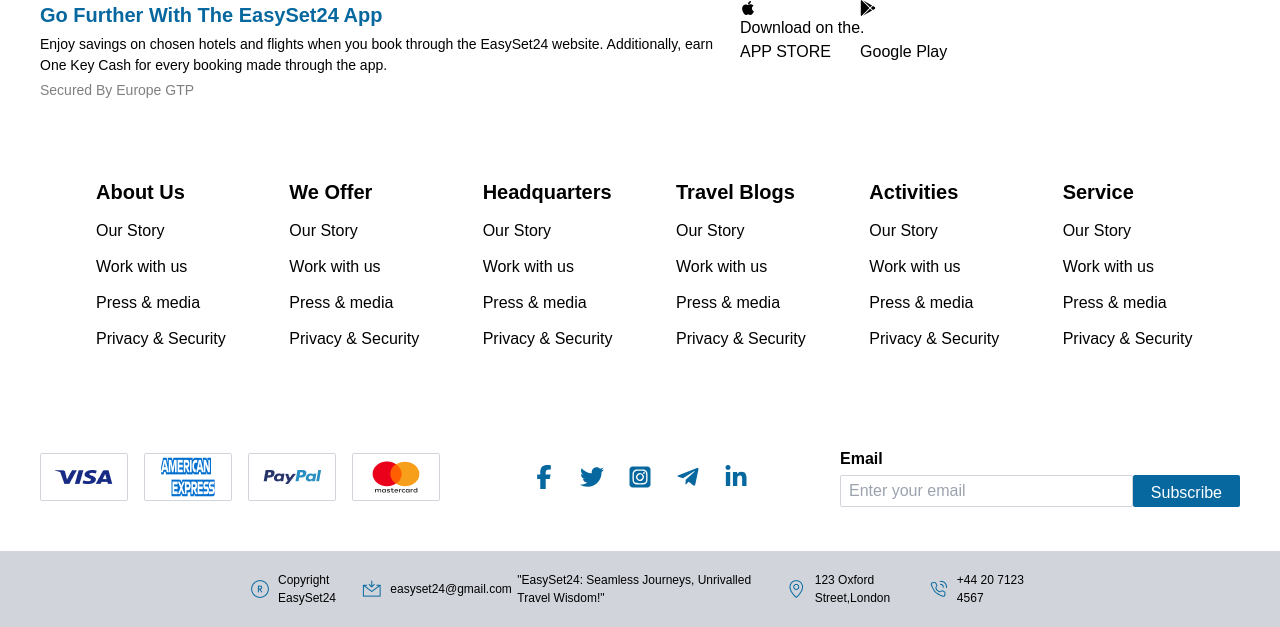
Repository: Quynhhuong150322/DIKO_STUDY_TRAVEL_WEB
Page: /
An editor plug-in stored every save of this project. The page is shown before and after the next save, followed by the edit.
The browser window is 1280 px wide. The pictures show the part of the page from y = 4838 to 5465 px (the page is 5465 px tall).
The project was rebuilt for these pictures with package versions that can differ from the ones it lists, and the page was loaded fresh each time. Also part of the build but not shown: src/components/Login.js, src/components/Register.js. Imported but missing from the stored project, and not drawn on this page: src/redux/slices/authSlice.

Above is the page before, as saved 2024-02-26 10:52:09.

### src/index.css
@tailwind base;
@tailwind components;
@tailwind utilities;

@import url("https://fonts.googleapis.com/css2?family=Poppins:wght@100;300;400;500;600&display=swap");

@layer base {
  html {
    font-family: "Poppins", sans-serif;
  }
  * {
    margin: 0;
    padding: 0;
    box-sizing: border-box;
    scroll-behavior: smooth;
    /* background-color: #F9F9F9; */
  }
}

@layer components {
  .max-container {
    max-width: 1260px;
    /* min-height: 100vh; */
    margin: 0 auto;
    padding: 0 30px;
    /* display: flex; */
    /* flex-direction: column; */
    justify-content: space-between;
  }
  .button {
    width: 189px;
    /* height: 40px; */
    border-style: solid;
    border-width: 2px;
    border-color: #07689F;
    color: #07689F;
  }
  .tabMenu {
    width: 121px;
    height: 40px;
    color: #D9D9D9;
    border-style: solid;
    border-width: 2px;
    border-color: #D9D9D9;
    color: #D9D9D9;
    border-radius: 9999px;
  }
  .tabSearch {
    /* max-width: 1190px; */
    height: 56px;
    border-style: solid;
    border-width: 1px;
    border-color: #D9D9D9;
    padding: 0 16px;
    font-size: 12px;
  }

}

### src/App.js
import React from "react";
import Navbar from "./components/Navbar";
import Footer from "./components/Footer";
import AppRoutes from "./routes/AppRoutes";
import { BrowserRouter as Router } from "react-router-dom";
import CopyRight from "./components/CopyRight";

const App = () => {
  return (
    <Router>
      <div className="">
        <div className="max-container">
          <Navbar />
        </div>
        <div>
          <AppRoutes />
        </div>
        <div className="max-container">
          <Footer />
        </div>
        <div >
          <CopyRight />
        </div>
      </div>
    </Router>
  );
};

export default App;

### src/redux/store.js
import { configureStore } from "@reduxjs/toolkit";
import authReducer from "./slices/authSlice";

export const store = configureStore({
  reducer: {
    users: authReducer,
  },
});

### src/components/Navbar.js
import React from 'react'
import Logo from '../assets/images/Header/Logo.png'
import EL from '../assets/images/Header/England.png'
import { FaRegQuestionCircle } from "react-icons/fa";
import { LuSearch } from "react-icons/lu";

const MenuData = [
    {
        id: 1,
        name: 'Trip',
    },
    {
        id: 2,
        name: '%Deals',
    },
    {
        id: 3,
        name: 'Hotel',
    },
    {
        id: 4,
        name: 'Flight',
    },
    {
        id: 5,
        name: 'Apartment',
    },
    {
        id: 6,
        name: 'Camper',
    },
]

const Navbar = () => {
    return (
        <div className='bg-neutral py-[24px]'>
            <div className="flex flex-col gap-10">
                {/* Header Section  */}
                <div className='flex gap-2 items-center'>
                    <img src={Logo} alt="" />
                    <div className='flex gap-7 items-center'>
                        <div className="flex gap-1 items-center">
                            <FaRegQuestionCircle className='text-primary' />
                            <img src={EL} alt="" className='w-7 h-7' />
                            {/* Search  */}
                            <div className="relative flex items-center">
                                <input
                                    type="text"
                                    placeholder="search"
                                    className="w-[605px] h-[32px] rounded-sm border border-gray-300 px-2 py-1 focus:outline-none focus:border-1 focus:border-primary"
                                />
                                <LuSearch className="text-gray-500 group-hover:text-primary absolute top-1/2 -translate-y-1/2 right-3 cursor-pointer" />
                            </div>
                        </div>
                        <div className='flex gap-2 items-center'>
                            <button className='button border-primary bg-neutral hover:scale-105 py-2 px-4 rounded-sm'>
                                Sing In
                            </button>
                            <button className='button border-primary bg-neutral hover:scale-105 py-2 px-4 rounded-sm'>
                                Register
                            </button>
                        </div>
                    </div>
                    <div>
                    </div>
                </div>
                {/* Upper Nav  */}
                <div className=''>
                    <div className=' '>
                        <ul className='flex justify-center gap-4'>
                            {
                                MenuData.map((data) => (
                                    <button key={data.id} className='text-pri tabMenu focus:bg-primary focus:text-white focus:font-bold focus:border-primary inline-block hover:text-primary' >
                                        {data.name}
                                    </button>
                                ))
                            }
                        </ul>
                    </div>
                </div>
            </div>
        </div>
    )
}

export default Navbar

### src/components/Footer.js
import React from 'react'
import img1 from '../assets/images/Footer/visa-logo.png'
import img2 from '../assets/images/Footer/Amex.png'
import img3 from '../assets/images/Footer/International.png'
import img4 from '../assets/images/Footer/Masterrcard.png'
import { FaFacebookF } from "react-icons/fa6";
import { FaTwitter } from "react-icons/fa";
import { FaSquareInstagram } from "react-icons/fa6";
import { FaTelegramPlane } from "react-icons/fa";
import { FaLinkedinIn } from "react-icons/fa6";
import { FaApple } from "react-icons/fa6";
import { FaGooglePlay } from "react-icons/fa6";
// import { CiMail } from "react-icons/ci";


const AboutUsList = [
  {
    id: 1,
    title: "Our Story",
    link: "/#",
  },
  {
    id: 2,
    title: "Work with us",
    link: "/#",
  },
  {
    id: 3,
    title: "Press & media",
    link: "/#",
  },
  {
    id: 4,
    title: "Privacy & Security",
    link: "/#",
  },
]
const ImgList = [
  {
    id: 1,
    img: img1,
  },
  {
    id: 2,
    img: img2,
  },
  {
    id: 3,
    img: img3,
  },
  {
    id: 4,
    img: img4,
  }
]
const IconsList = [
  {
    id: 1,
    icon: FaFacebookF,
  },
  {
    id: 2,
    icon: FaTwitter,
  },
  {
    id: 3,
    icon: FaSquareInstagram,
  },
  {
    id: 4,
    icon: FaTelegramPlane,
  },
  {
    id: 5,
    icon: FaLinkedinIn,
  },
]
const AppList = [
  {
    id: 1,
    icon: FaApple,
    title1: 'Download on the',
    title2: 'APP STORE',
  },
  {
    id: 1,
    icon: FaGooglePlay,
    title1: '.',
    title2: 'Google Play',
  },
]


const Footer = () => {
  return (
    <div className=''>
      {/* Go Further With The EasySet24 App */}
      <div className='flex'>
        <div className='basis-7/12 flex flex-col gap-1'>
          <h2 className='font-bold text-primary text-xl'>
            Go Further With The EasySet24 App
          </h2>
          <p className='text-ba '>
            Enjoy savings on chosen hotels and flights when you book through the EasySet24 website. Additionally, earn One Key Cash for every booking made through the app.
          </p>
          <p className='text-ba text-black/50'>
            Secured By Europe GTP
          </p>
        </div>
        {/* APP  */}
        <div className=''>
          <div className='flex flex-row'>
            {AppList.map((data) => (
              <div >
                <data.icon />
                <div >
                  <p>{data.title1} </p>
                  <p >{data.title2}</p>
                </div>
              </div>
            ))}
          </div>
        </div>
      </div>
      <div className='py-11 flex flex-col  gap-16'>
        {/* footer menu  */}
        <div className='grid grid-cols-6 sm:grid-col col-span-2 md:pl-10'>
          <div className="py-8 px-4">
            <h1 className="sm:text-xl text-xl font-bold sm:text-left text-justify mb-3">
              About Us
            </h1>
            <ul className="flex flex-col gap-3">
              {AboutUsList.map((link) => (
                <li
                  className="cursor-pointer hover:text-primary hover:translate-x-1 duration-300 "
                  key={link.id}
                >
                  <span>{link.title}</span>
                </li>
              ))}
            </ul>
          </div>
          <div className="py-8 px-4">
            <h1 className="sm:text-xl text-xl font-bold sm:text-left text-justify mb-3">
              We Offer
            </h1>
            <ul className="flex flex-col gap-3">
              {AboutUsList.map((link) => (
                <li
                  className="cursor-pointer hover:text-primary hover:translate-x-1 duration-300 "
                  key={link.id}
                >
                  <span>{link.title}</span>
                </li>
              ))}
            </ul>
          </div>
          <div className="py-8 px-4">
            <h1 className="sm:text-xl text-xl font-bold sm:text-left text-justify mb-3">
              Headquarters
            </h1>
            <ul className="flex flex-col gap-3">
              {AboutUsList.map((link) => (
                <li
                  className="cursor-pointer hover:text-primary hover:translate-x-1 duration-300 "
                  key={link.id}
                >
                  <span>{link.title}</span>
                </li>
              ))}
            </ul>
          </div>
          <div className="py-8 px-4">
            <h1 className="sm:text-xl text-xl font-bold sm:text-left text-justify mb-3">
              Travel Blogs
            </h1>
            <ul className="flex flex-col gap-3">
              {AboutUsList.map((link) => (
                <li
                  className="cursor-pointer hover:text-primary hover:translate-x-1 duration-300 "
                  key={link.id}
                >
                  <span>{link.title}</span>
                </li>
              ))}
            </ul>
          </div>
          <div className="py-8 px-4">
            <h1 className="sm:text-xl text-xl font-bold sm:text-left text-justify mb-3">
              Activities
            </h1>
            <ul className="flex flex-col gap-3">
              {AboutUsList.map((link) => (
                <li
                  className="cursor-pointer hover:text-primary hover:translate-x-1 duration-300 "
                  key={link.id}
                >
                  <span>{link.title}</span>
                </li>
              ))}
            </ul>
          </div>
          <div className="py-8 px-4">
            <h1 className="sm:text-xl text-xl font-bold sm:text-left text-justify mb-3">
              Service
            </h1>
            <ul className="flex flex-col gap-3">
              {AboutUsList.map((link) => (
                <li
                  className="cursor-pointer hover:text-primary hover:translate-x-1 duration-300 "
                  key={link.id}
                >
                  <span>{link.title}</span>
                </li>
              ))}
            </ul>
          </div>
        </div>
        {/* footer logo  */}
        <div>
          <div className='grid grid-cols-3'>
            <div className='flex gap-4 items-center '>
              {
                ImgList.map((data) => (
                  <div className='border rounded-sm border-gray-300 w-[89.25px] h-[48px] flex justify-center items-center'>
                    <img src={data.img} alt=""></img>
                  </div>
                ))
              }
            </div>
            <div className='text-primary flex gap-6 text-xxl items-center justify-center' >
              {IconsList.map((data) => (
                <div key={data.id}>
                  <data.icon />
                </div>
              ))}
            </div>
            <div className='flex flex-col gap-1'>
              <h3 className='font-bold '>Email</h3>
              <div className='flex '>
                <input
                  type="text"
                  placeholder="Enter your email"
                  className="basis-10/12 h-[32px] rounded-sm border border-gray-300 px-2 py-1 focus:outline-none focus:border-1 focus:border-primary"
                />
                <button className='basis-1/4 h-[32px] button border-primary py-1 px-4 rounded-sm bg-primary text-white'>
                  Subscribe
                </button>
              </div>
            </div>
          </div>
        </div>
      </div>
    </div>
  )
}

export default Footer

### src/routes/AppRoutes.js
import React from "react";
import { Switch, Route } from "react-router-dom";
import Login from "../components/Login";
import Register from "../components/Register";
import Langding from "../pages/LangdingPage/Langding";
const AppRoutes = () => {
  return (
    <div>
      <Switch>
        <Route path="/login">
          <Login />
        </Route>
        <Route path="/register">
          <Register />
        </Route>
        <Route path="/" exact>
          <Langding />
        </Route>
        <Route path="*">
          <div className="">404 not Error...</div>
        </Route>
      </Switch>
    </div>
  );
};

export default AppRoutes;

### src/components/CopyRight.js
import React from 'react'
import iconEmail from '../assets/images/Footer/icons/copyright.png'
import iconEmail2 from '../assets/images/Footer/icons/email-down.png'
import iconEmail3 from '../assets/images/Footer/icons/local-two.png'
import iconEmail4 from '../assets/images/Footer//icons/phone-call.png'

const CopyrightList = [
    {
        id: 1,
        icons: iconEmail,
        title: 'Copyright EasySet24',
    },
    {
        id: 2,
        icons: iconEmail2,
        title: 'easyset24@gmail.com',
    },
    {
        id: 3,
        icons: '',
        title: '"EasySet24: Seamless Journeys, Unrivalled Travel Wisdom!"',
    },
    {
        id: 4,
        icons: iconEmail3,
        title: '123 Oxford Street,London',
    },
    {
        id: 5,
        icons: iconEmail4,
        title: '+44 20 7123 4567',
    },
]

const CopyRight = () => {
    return (
        <div>
            <div className='bg-gray-300 py-5 px-[250px]'>
                <div className='text-black flex gap-2 text-sm items-center justify-between' >
                    {CopyrightList.map((data) => (
                        <div className='flex flex-row gap-2 items-center justify-center' key={data.id}>
                            <img src={data.icons} alt="" />
                            <p >{data.title}</p>
                        </div>
                    ))}
                </div>
            </div>
        </div>
    )
}

export default CopyRight

### src/pages/LangdingPage/Langding.js
import React from 'react'
import Picture from '../../assets/images/LangdingPage/Picture.png'
import { LuHotel } from "react-icons/lu";
import { IoCalendarOutline } from "react-icons/io5";
import { SlArrowDown } from "react-icons/sl";
import { FiUserPlus } from "react-icons/fi";
import Img1 from "../../assets/images/LangdingPage/SpecialOffers/Photo 1.png";
import Img2 from "../../assets/images/LangdingPage/SpecialOffers/Photo 2.png"
import Img3 from "../../assets/images/LangdingPage/SpecialOffers/Photo 3.png"
import Img4 from "../../assets/images/LangdingPage/SpecialOffers/Photo 4.png"
import Img5 from "../../assets/images/LangdingPage/SpecialOffers/Photo 5.png"
import Img6 from "../../assets/images/LangdingPage/SpecialOffers/Photo 6.png"
import Img7 from "../../assets/images/LangdingPage/ExploreStays/Image1.jpg"
import Img8 from "../../assets/images/LangdingPage/ExploreStays/Image2.jpg"
import Img9 from "../../assets/images/LangdingPage/ExploreStays/Image3.jpg"
import Footer from "../../assets/images/LangdingPage/Footer.jpeg"
// import Img11 from "../../assets/images/LangdingPage/SpecialOffers/Photo 6.png"



const BannerImg = {
  backgroundImage: `url(${Picture})`,
  backgroundPosition: "center",
  backgroundRepeat: "no-repeat",
  backgroundSize: "cover",
  height: "394px",
  width: "100%",
};
const FooterImg = {
  backgroundImage: `url(${Footer})`,
  backgroundPosition: "center",
  backgroundRepeat: "no-repeat",
  backgroundSize: "cover",
  height: "394px",
  width: "100%",
}
const ListMenu = [
  {
    id: 1,
    name: "All",
  },
  {
    id: 2,
    name: "Hotels",
  },
  {
    id: 3,
    name: "Flights",
  },
  {
    id: 4,
    name: "Multi",
  }
]

const ListImage = [
  {
    id: 1,
    img: Img1,
  },
  {
    id: 2,
    img: Img2,
  },
  {
    id: 3,
    img: Img3,
  },
  {
    id: 4,
    img: Img4,
  },
  {
    id: 5,
    img: Img5,
  },
  {
    id: 6,
    img: Img6,
  },
]
const ListCard = [
  {
    id: 1,
    img: Img1,
    location: "Berlin",
    side: "SIDE",
    time: "Wed 25 Jan-Fri 27 Jan",
    title: "A tour of the city and its surroundings led by a professional guide ..."
  },
  {
    id: 2,
    img: Img2,
    location: "Paris",
    side: "SIDE",
    time: "Wed 25 Jan-Fri 27 Jan",
    title: "A tour of the city and its surroundings led by a professional guide ..."

  },
  {
    id: 3,
    img: Img3,
    location: "Madrid",
    side: "SIDE",
    time: "Wed 25 Jan-Fri 27 Jan",
    title: "A tour of the city and its surroundings led by a professional guide ..."

  },
  {
    id: 4,
    img: Img4,
    location: "Barcelona",
    side: "SIDE",
    time: "Wed 25 Jan-Fri 27 Jan",
    title: "A tour of the city and its surroundings led by a professional guide ..."

  },
  {
    id: 5,
    img: Img5,
    location: "Rom",
    side: "SIDE",
    time: "Wed 25 Jan-Fri 27 Jan",
    title: "A tour of the city and its surroundings led by a professional guide ..."

  },
  {
    id: 6,
    img: Img6,
    location: "Milan",
    side: "SIDE",
    time: "Wed 25 Jan-Fri 27 Jan",
    title: "A tour of the city and its surroundings led by a professional guide ..."

  },
  {
    id: 7,
    img: Img7,
    location: "Istanbul",
    side: "SIDE",
    time: "Wed 25 Jan-Fri 27 Jan",
    title: "A tour of the city and its surroundings led by a professional guide ..."

  },
  {
    id: 8,
    img: Img8,
    location: "Dubai",
    side: "SIDE",
    time: "Wed 25 Jan-Fri 27 Jan",
    title: "A tour of the city and its surroundings led by a professional guide ..."

  },
  {
    id: 9,
    img: Img9,
    location: "Amesterdam",
    side: "SIDE",
    time: "Wed 25 Jan-Fri 27 Jan",
    title: "A tour of the city and its surroundings led by a professional guide ..."

  },
  {
    id: 10,
    img: Img1,
    location: "New York",
    side: "SIDE",
    time: "Wed 25 Jan-Fri 27 Jan",
    title: "A tour of the city and its surroundings led by a professional guide ..."

  },
  {
    id: 11,
    img: Img2,
    location: "Marollca",
    side: "SIDE",
    time: "Wed 25 Jan-Fri 27 Jan",
    title: "A tour of the city and its surroundings led by a professional guide ..."

  },
  {
    id: 12,
    img: Img3,
    location: "Teneriffa",
    side: "SIDE",
    time: "Wed 25 Jan-Fri 27 Jan",
    title: "A tour of the city and its surroundings led by a professional guide ..."

  },
]

const Langding = () => {
  return (
    <div >
      {/* Discover Trip  */}
      <div className=' background ' style={BannerImg}>
        <div className=' '>
          <h1 className='text-3xl w-1/3 font-bold text-white bg-opacity-0'>
            Discover Your Trip Worldwide !
          </h1>
          <div class="flex flex-row  bg-white">
            <div class="basis-1/4 tabSearch flex gap-9 items-center">
              <LuHotel className='text-primary' size={24} />
              <p className=''>
                Where Are you Going to?
              </p>
            </div>
            <div class="basis-1/4 tabSearch flex gap-6 items-center">
              <IoCalendarOutline size={24} className='text-primary' />
              <p className=''>
                Check In Date
              </p>
              <p className=''>
                Check Out Date
              </p>
            </div>
            <div class="basis-1/3 tabSearch flex gap-8 items-center">
              <FiUserPlus size={24} className='text-primary' />
              <p className=''>
                Adults 2
              </p>
              <p className=''>
                Children 3
              </p>
              <p className=''>
                Room
              </p>
              <SlArrowDown size={24} className='text-primary' />
            </div>
            <div class="basis-1/6  tabSearch bg-primary flex justify-center items-center">
              <p className='font-bold text-white'>Search</p>
            </div>
          </div>
        </div>
      </div>
      {/* Special Offers */}
      <div className='max-container py-6'>
        {/* checkbox  */}
        <div className='flex flex-col gap-6 py-6'>
          <h2 className='text-2xl font-bold'>Special Offers</h2>
          <div className='flex '>
            <div className='flex justify-center items-center gap-2'>
              {
                ListMenu.map((data) => (
                  <><input
                    type="checkbox"
                    className="w-[24px] h-[24px] border border-gray-300 px-2 py-1 focus:outline-none focus:border-1 focus:border-primary" />
                    <label for="checkbox" className='text-base'>{data.name}</label>
                  </>
                ))
              }
            </div>
          </div>
        </div>
        {/* image  */}
        <div>
          <div className='grid grid-cols-3 gap-2'>
            {
              ListImage.map((data) => (
                <img src={data.img} alt="" className='w-full h-full' />
              ))
            }
          </div>
        </div>
      </div>

      {/* Explore Stays In Trending Destinations  */}
      <div className='max-container py-6'>
        <div className='flex flex-col gap-4 py-6'>
          <h2 className='text-2xl font-bold'>Explore Stays In Trending Destinations</h2>
          <p>Find Hot Stays!</p>
        </div>
        {/* ImageCard */}
        <div className='grid grid-cols-4 place-items-center gap-5 '>
          {
            ListCard.map((data) => (
              <div className='flex flex-col gap-4 border rounded-sm border-gray-300 p-1'>
                <img src={data.img} alt="" className=' h-[272px] w-full object-cover rounded-sm'>
                </img>
                <div className='flex flex-col gap-4 pb-4'>
                  <div className=''>
                    <p className='text-xl font-semibold'>{data.location}</p>
                    <p className='text-base text-gray-500/100 font-semibold'>{data.side}</p>
                  </div>
                  <p className='text-sm font-medium'>{data.time}</p>
                  <p className='text-l font-light'>{data.title}</p>
                </div>
              </div>
            ))
          }
        </div>
      </div>
      <div className='max-container py-20'>
        <div className='flex flex-col gap-4 py-6'>
          <h2 className='text-2xl font-bold'>Compare The Highest Reviewed Past Offers </h2>
          <p>Browse By Type</p>
        </div>
        <div className='grid grid-cols-4 place-items-center gap-5 '>
          {
            ListCard.map((data) => (
              <div className='flex flex-col gap-4 border rounded-sm border-gray-300 p-1'>
                <img src={data.img} alt="" className=' h-[272px] w-full object-cover rounded-sm'>
                </img>
                <div className='flex flex-col gap-2 pb-2'>
                  <div className=''>
                    <p className='text-xl font-semibold'>{data.location}</p>
                    {/* <p className='text-base text-gray-500/100 font-semibold'>{data.side}</p> */}
                  </div>
                  {/* <p className='text-sm font-medium'>{data.time}</p> */}
                  {/* <p className='text-l font-light'>{data.title}</p> */}
                </div>
              </div>
            ))
          }
        </div>
      </div>
      {/* Banner Footer  */}
      <div className=' background ' style={FooterImg}>

      </div>
    </div>
  )
}

export default Langding

### tailwind.config.js
/** @type {import('tailwindcss').Config} */
module.exports = {
  content: ["./src/**/*.{js,jsx,ts,tsx}"],
  theme: {
    extend: {
      colors: {
        primary: "#07689F",
        secondary: "#D9D9D9",
        neutral: "#F9F9F9",
        pri: "#A6A6A6",
      },
      fontSize: {
        sm: '12px',
        'ba': '14px',
        base: '16px',
        'l': '10px',
        xl: '20px',
        'xxl': '24px',
        '2xl': '32px',
        '3xl': '40px',
        '4xl': '44px',
        // '5xl': '3.052rem',
      },
    },
  },
  plugins: [],
};

Loaded but not shown: public/index.html (common file); src/index.js (common file); src/reportWebVitals.js (common file)

After the next save:
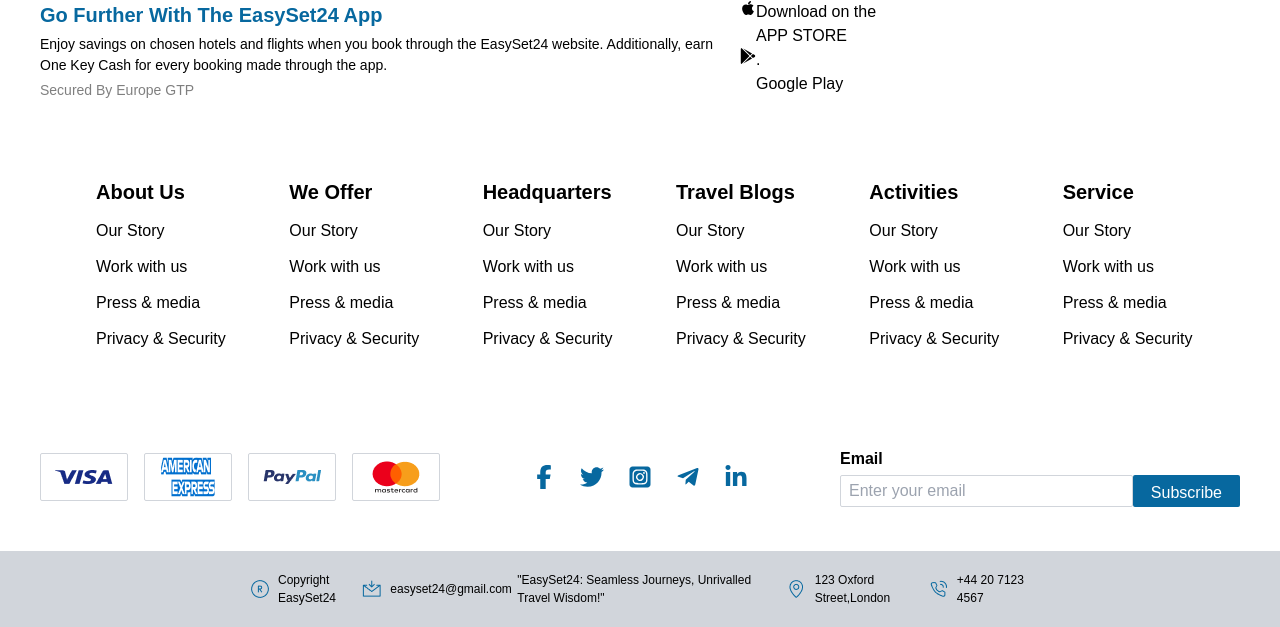
Saved 13 s later.
--- a/src/components/Footer.js
+++ b/src/components/Footer.js
@@ -109,9 +109,9 @@ const Footer = () => {
         </div>
         {/* APP  */}
         <div className=''>
-          <div className='flex flex-row'>
+          <div >
             {AppList.map((data) => (
-              <div >
+              <div className='flex flex-row'>
                 <data.icon />
                 <div >
                   <p>{data.title1} </p>
